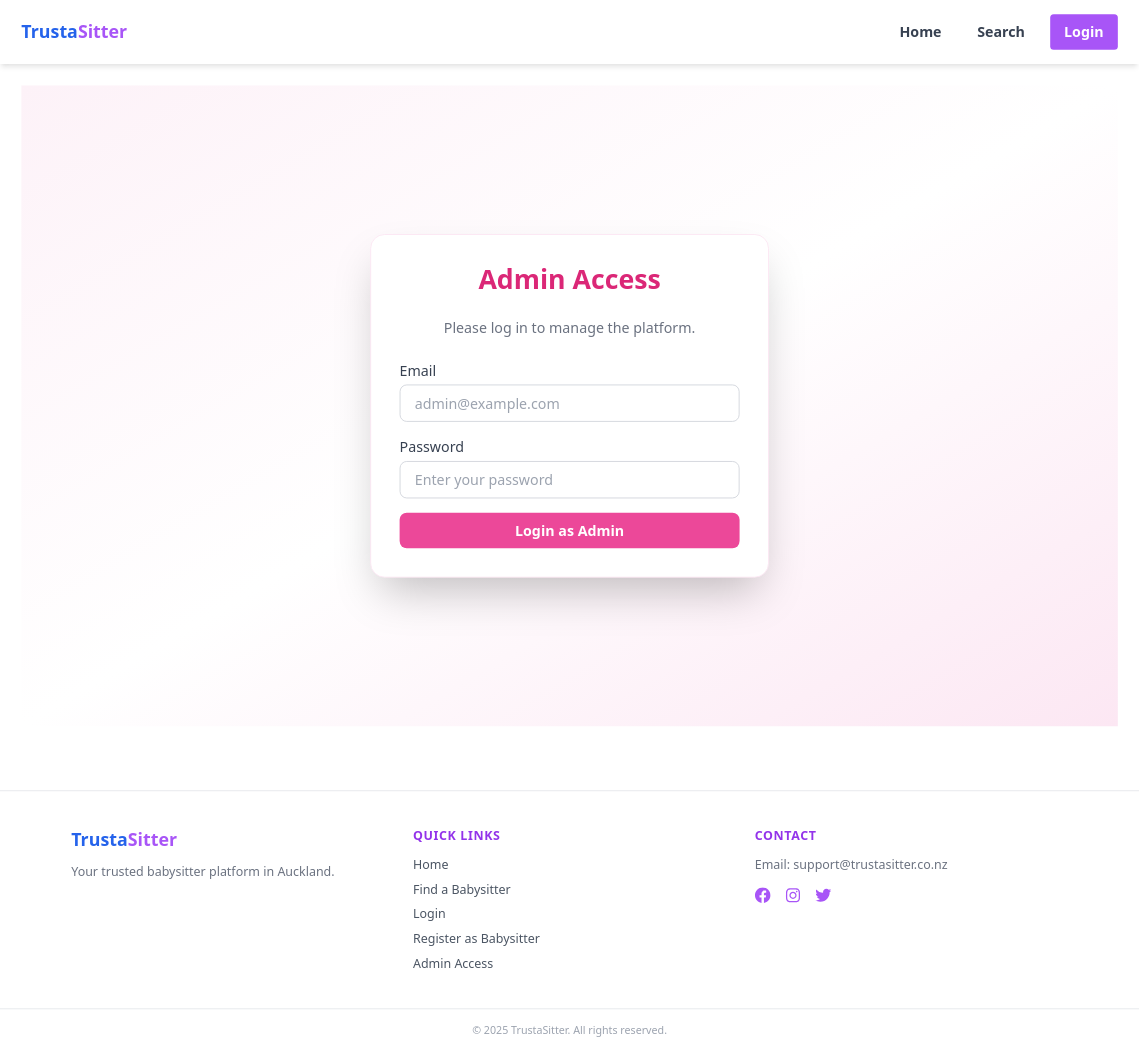
Repository: LargeWC-Code/TrustaSitter
Page: /admin-login (app in trustasitter-frontend/)
The author's editor kept a copy of each file at every save. The page is drawn from the files as they stood at one save, then again after the next save.
The browser window is 1280 px wide. The pictures show the whole page, at 89% of full size.
The project was rebuilt for these pictures with package versions that can differ from the ones it lists, and the page was loaded fresh each time. A package was used in the major version that the imports need, not the one package.json lists. Also part of the build but not shown: trustasitter-frontend/vite.config.js, trustasitter-frontend/src/pages/Home.jsx, trustasitter-frontend/src/pages/Search.jsx, trustasitter-frontend/src/services/api.js, trustasitter-frontend/src/pages/Login.jsx, trustasitter-frontend/src/pages/Bookings.jsx, trustasitter-frontend/src/pages/ChooseRole.jsx, trustasitter-frontend/src/pages/RegisterBabysitter.jsx and 7 more.

Above is the page before, as saved 2025-07-03 16:49:07.

After the next save:
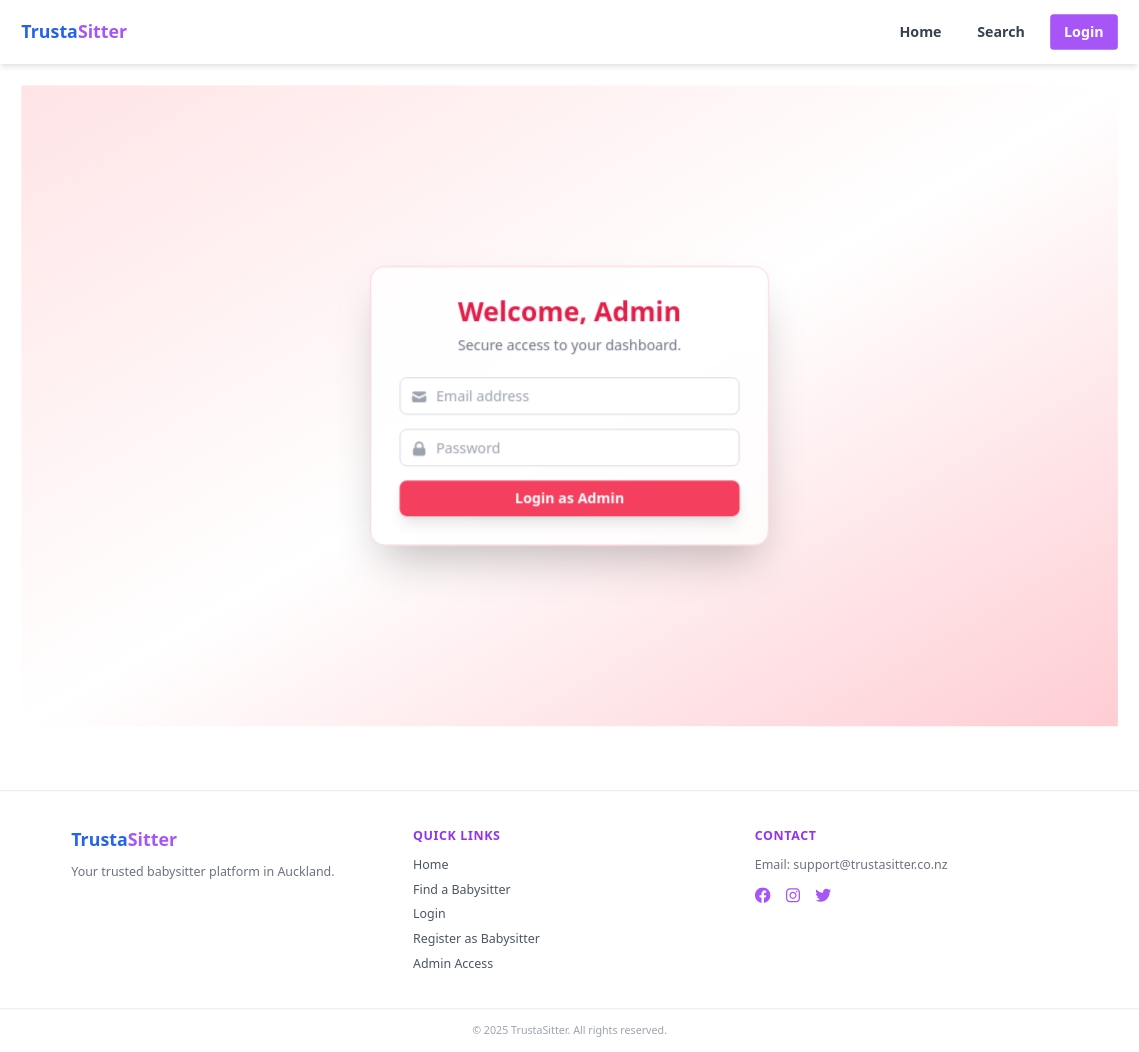
Saved 2 min 5 s later.
--- a/trustasitter-frontend/src/pages/AdminLogin.jsx
+++ b/trustasitter-frontend/src/pages/AdminLogin.jsx
@@ -2,6 +2,7 @@
 import { useNavigate } from "react-router-dom";
 import { AuthContext } from "../context/AuthContext";
 import axios from "axios";
+import { LockClosedIcon, MailIcon } from "@heroicons/react/solid";
 
 const AdminLogin = () => {
   const [email, setEmail] = useState("");
@@ -36,43 +37,43 @@
   };
 
   return (
-    <main className="flex items-center justify-center min-h-screen bg-gradient-to-br from-pink-50 via-white to-pink-100">
-      <div className="w-full max-w-md p-8 bg-white rounded-2xl shadow-2xl border border-pink-100">
-        <h2 className="text-3xl font-extrabold text-center mb-6 text-pink-600">
-          Admin Access
+    <main className="flex items-center justify-center min-h-screen bg-gradient-to-br from-rose-100 via-white to-rose-200">
+      <div className="w-full max-w-md p-8 bg-white bg-opacity-80 backdrop-blur-md rounded-2xl shadow-2xl border border-rose-200 transition-transform transform hover:scale-[1.02]">
+        <h2 className="text-3xl font-extrabold text-center mb-2 text-rose-600">
+          Welcome, Admin
         </h2>
         <p className="text-center text-gray-500 mb-6">
-          Please log in to manage the platform.
+          Secure access to your dashboard.
         </p>
         {error && (
           <p className="text-red-500 text-center mb-4">{error}</p>
         )}
         <form onSubmit={handleSubmit} className="space-y-4">
-          <div>
-            <label className="block mb-1 text-gray-700 font-medium">Email</label>
+          <div className="relative">
+            <MailIcon className="h-5 w-5 text-gray-400 absolute top-3 left-3" />
             <input
               type="email"
               value={email}
               onChange={(e) => setEmail(e.target.value)}
-              className="w-full px-4 py-2 border border-gray-300 rounded-lg focus:outline-none focus:ring-2 focus:ring-pink-400"
-              placeholder="admin@example.com"
+              className="w-full pl-10 pr-4 py-2 border border-gray-300 rounded-lg focus:outline-none focus:ring-2 focus:ring-rose-400"
+              placeholder="Email address"
               required
             />
           </div>
-          <div>
-            <label className="block mb-1 text-gray-700 font-medium">Password</label>
+          <div className="relative">
+            <LockClosedIcon className="h-5 w-5 text-gray-400 absolute top-3 left-3" />
             <input
               type="password"
               value={password}
               onChange={(e) => setPassword(e.target.value)}
-              className="w-full px-4 py-2 border border-gray-300 rounded-lg focus:outline-none focus:ring-2 focus:ring-pink-400"
-              placeholder="Enter your password"
+              className="w-full pl-10 pr-4 py-2 border border-gray-300 rounded-lg focus:outline-none focus:ring-2 focus:ring-rose-400"
+              placeholder="Password"
               required
             />
           </div>
           <button
             type="submit"
-            className="w-full bg-pink-500 hover:bg-pink-600 text-white py-2 rounded-lg font-semibold transition"
+            className="w-full bg-rose-500 hover:bg-rose-600 text-white py-2 rounded-lg font-semibold shadow-lg transform hover:-translate-y-0.5 transition"
           >
             Login as Admin
           </button>

After the save that followed:
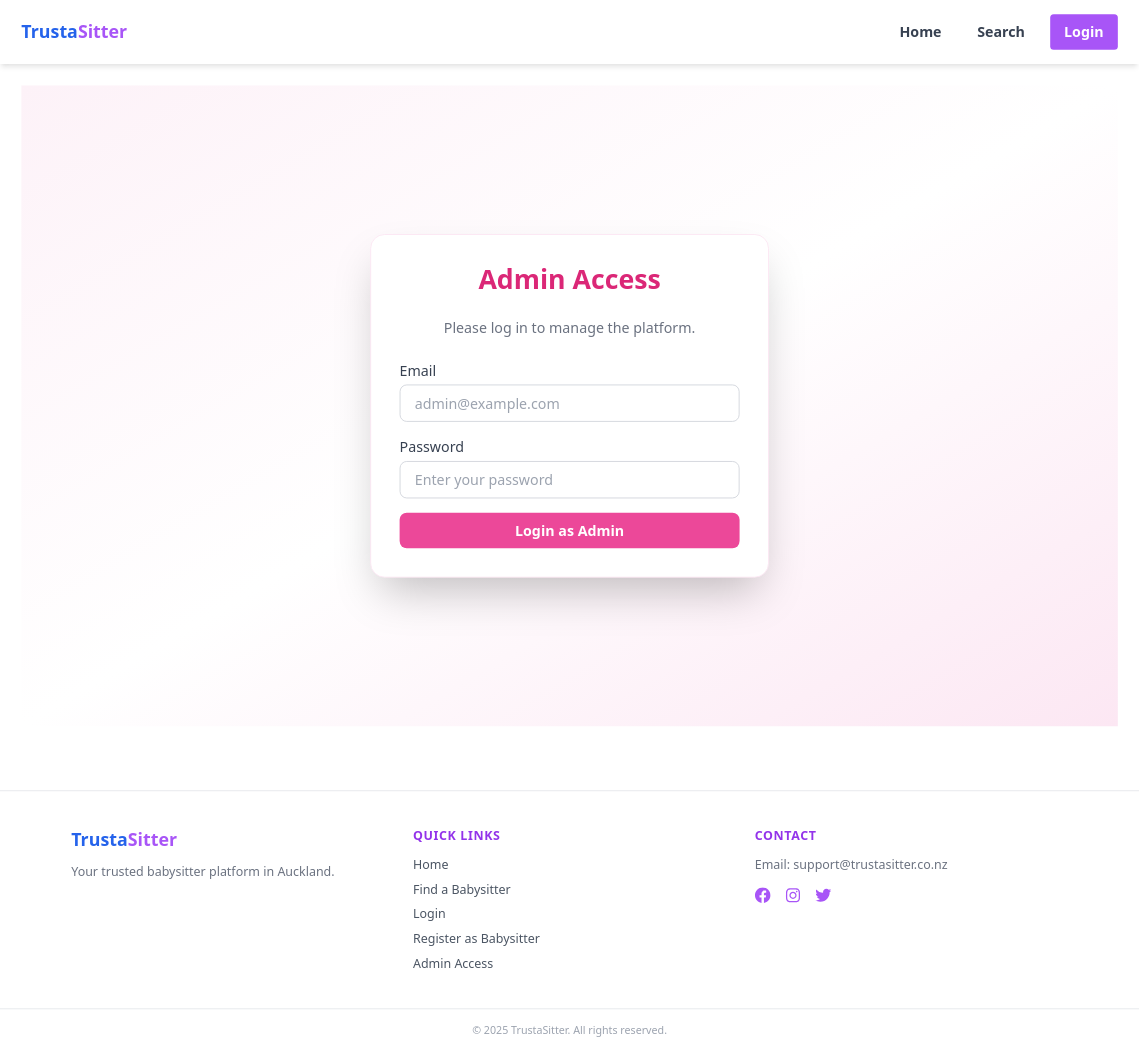
Saved 42 s later.
--- a/trustasitter-frontend/src/pages/AdminLogin.jsx
+++ b/trustasitter-frontend/src/pages/AdminLogin.jsx
@@ -2,7 +2,6 @@
 import { useNavigate } from "react-router-dom";
 import { AuthContext } from "../context/AuthContext";
 import axios from "axios";
-import { LockClosedIcon, MailIcon } from "@heroicons/react/solid";
 
 const AdminLogin = () => {
   const [email, setEmail] = useState("");
@@ -37,43 +36,43 @@
   };
 
   return (
-    <main className="flex items-center justify-center min-h-screen bg-gradient-to-br from-rose-100 via-white to-rose-200">
-      <div className="w-full max-w-md p-8 bg-white bg-opacity-80 backdrop-blur-md rounded-2xl shadow-2xl border border-rose-200 transition-transform transform hover:scale-[1.02]">
-        <h2 className="text-3xl font-extrabold text-center mb-2 text-rose-600">
-          Welcome, Admin
+    <main className="flex items-center justify-center min-h-screen bg-gradient-to-br from-pink-50 via-white to-pink-100">
+      <div className="w-full max-w-md p-8 bg-white rounded-2xl shadow-2xl border border-pink-100">
+        <h2 className="text-3xl font-extrabold text-center mb-6 text-pink-600">
+          Admin Access
         </h2>
         <p className="text-center text-gray-500 mb-6">
-          Secure access to your dashboard.
+          Please log in to manage the platform.
         </p>
         {error && (
           <p className="text-red-500 text-center mb-4">{error}</p>
         )}
         <form onSubmit={handleSubmit} className="space-y-4">
-          <div className="relative">
-            <MailIcon className="h-5 w-5 text-gray-400 absolute top-3 left-3" />
+          <div>
+            <label className="block mb-1 text-gray-700 font-medium">Email</label>
             <input
               type="email"
               value={email}
               onChange={(e) => setEmail(e.target.value)}
-              className="w-full pl-10 pr-4 py-2 border border-gray-300 rounded-lg focus:outline-none focus:ring-2 focus:ring-rose-400"
-              placeholder="Email address"
+              className="w-full px-4 py-2 border border-gray-300 rounded-lg focus:outline-none focus:ring-2 focus:ring-pink-400"
+              placeholder="admin@example.com"
               required
             />
           </div>
-          <div className="relative">
-            <LockClosedIcon className="h-5 w-5 text-gray-400 absolute top-3 left-3" />
+          <div>
+            <label className="block mb-1 text-gray-700 font-medium">Password</label>
             <input
               type="password"
               value={password}
               onChange={(e) => setPassword(e.target.value)}
-              className="w-full pl-10 pr-4 py-2 border border-gray-300 rounded-lg focus:outline-none focus:ring-2 focus:ring-rose-400"
-              placeholder="Password"
+              className="w-full px-4 py-2 border border-gray-300 rounded-lg focus:outline-none focus:ring-2 focus:ring-pink-400"
+              placeholder="Enter your password"
               required
             />
           </div>
           <button
             type="submit"
-            className="w-full bg-rose-500 hover:bg-rose-600 text-white py-2 rounded-lg font-semibold shadow-lg transform hover:-translate-y-0.5 transition"
+            className="w-full bg-pink-500 hover:bg-pink-600 text-white py-2 rounded-lg font-semibold transition"
           >
             Login as Admin
           </button>
